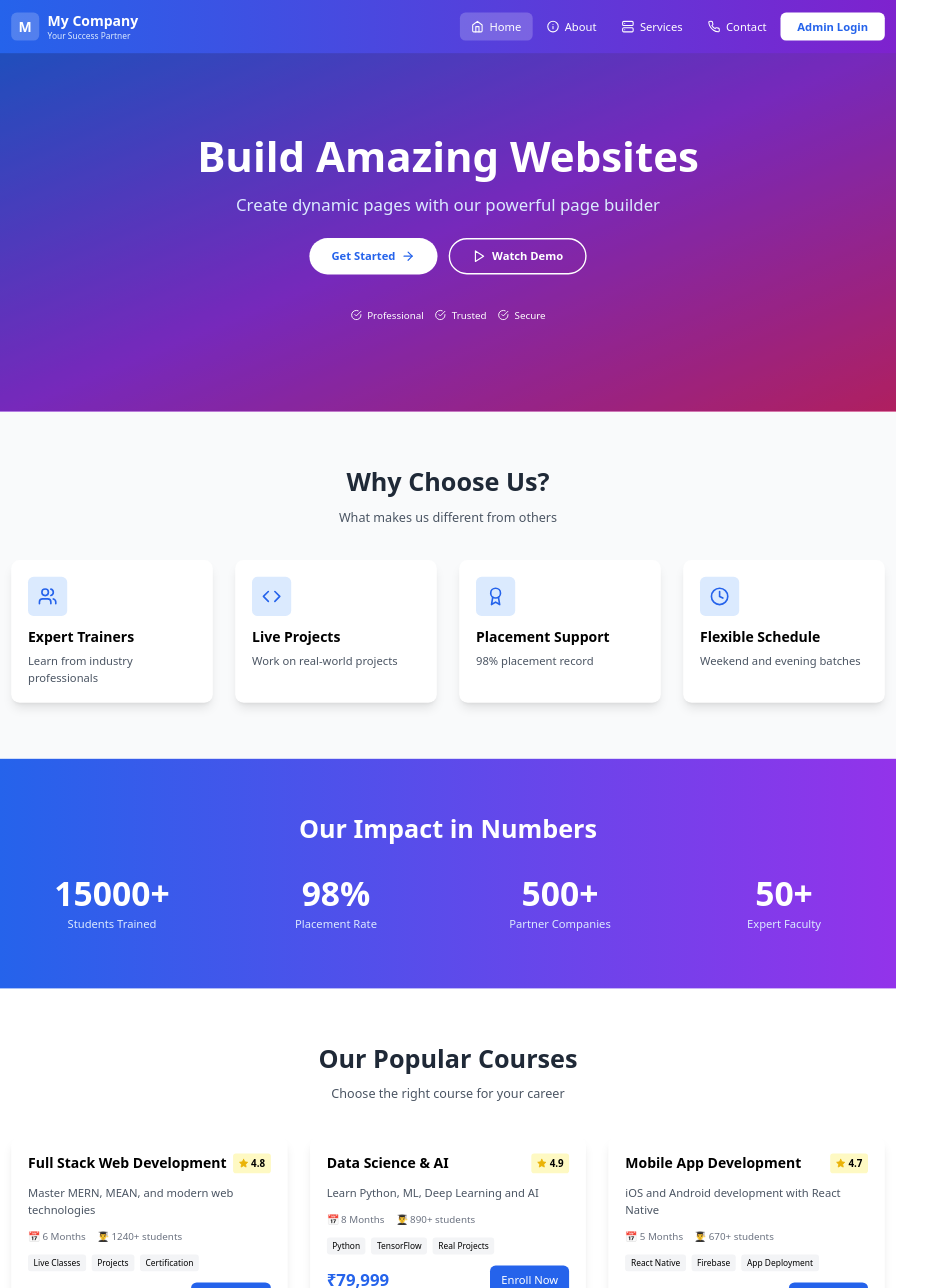
Repository: azoratech1/Webiste-Builder-
Page: / (app in frontend/)
These files come from the project's save history. The page is drawn as it stood at one moment and after the next save; the edit follows.
The browser window is 1280 px wide. The page is 1336 px wide, so the pictures cover 1336 px, including what lies to the right of the window. The pictures show the part of the page from y = 0 to 1840 px (the page is 3565 px tall before and 813 px after), at 70% of full size.
The page's requests for data from a server got no answer. The project was rebuilt for these pictures with package versions that can differ from the ones it lists, and the page was loaded fresh each time. No one was signed in, and anything a server would have sent is missing. Also part of the build but not shown: frontend/vite.config.js, frontend/src/components/PrivateRoute.jsx, frontend/src/pages/Login.jsx, frontend/src/components/AdminLayout.jsx, frontend/src/pages/admin/Dashboard.jsx, frontend/src/pages/admin/PagesManager.jsx, frontend/src/pages/admin/PageEditor.jsx, frontend/src/pages/admin/MediaManager.jsx and 5 more.

Above is the page before, as saved 2026-05-07 15:04:58.

After the next save:
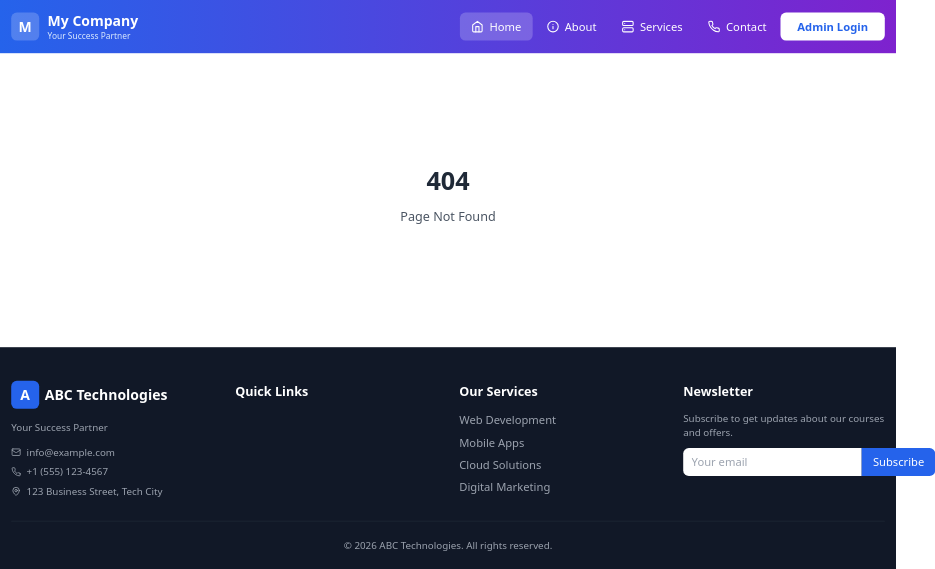
Saved 3 min 13 s later.
--- a/frontend/src/pages/WebsiteView.jsx
+++ b/frontend/src/pages/WebsiteView.jsx
@@ -18,8 +18,8 @@
 
     switch (slug) {
 
-      case 'home':
-        return <DynamicHomePage />;
+      // case 'home':
+      //   return <DynamicHomePage />;
 
       case 'about':
         return <AboutPage />;

After the save that followed:
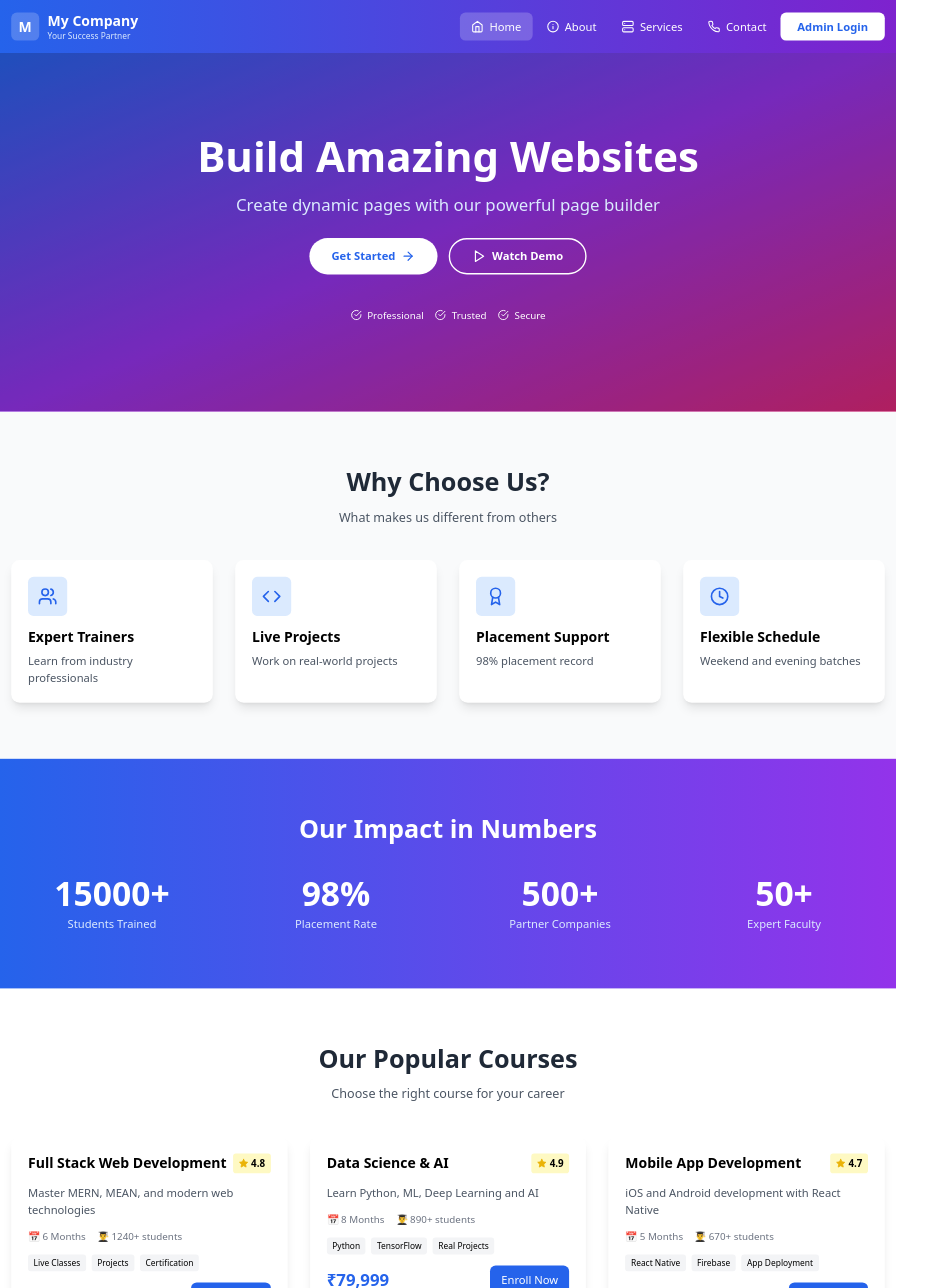
Saved 54 s later.
--- a/frontend/src/pages/WebsiteView.jsx
+++ b/frontend/src/pages/WebsiteView.jsx
@@ -18,8 +18,8 @@
 
     switch (slug) {
 
-      // case 'home':
-      //   return <DynamicHomePage />;
+      case 'home':
+        return <DynamicHomePage />;
 
       case 'about':
         return <AboutPage />;
